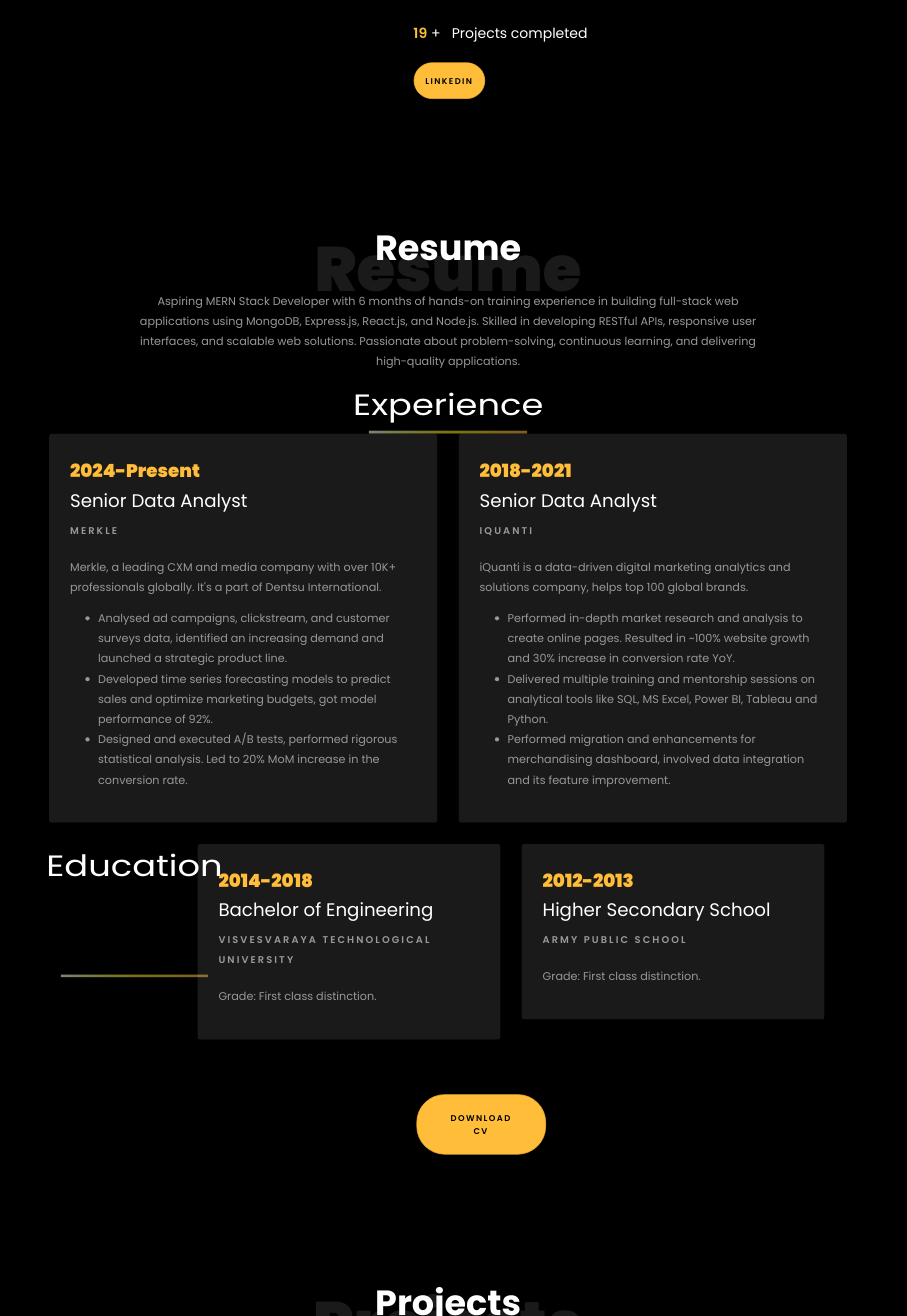
Repository: Rahul70079/Rahul-Kumar-Portfolio
Page: Portfolio/index.html
These files come from the project's save history. The page is drawn as it stood at one moment and after the next save; the edit follows.
The browser window is 1280 px wide. The page is 1295 px wide, so the pictures cover 1295 px, including what lies to the right of the window. The pictures show the part of the page from y = 1515 to 3395 px (the page is 6256 px tall), at 70% of full size.

Above is the page before, as saved 2026-06-12 12:49:53.
Console error (its wording comes from the project's code and is left out).

After the next save:
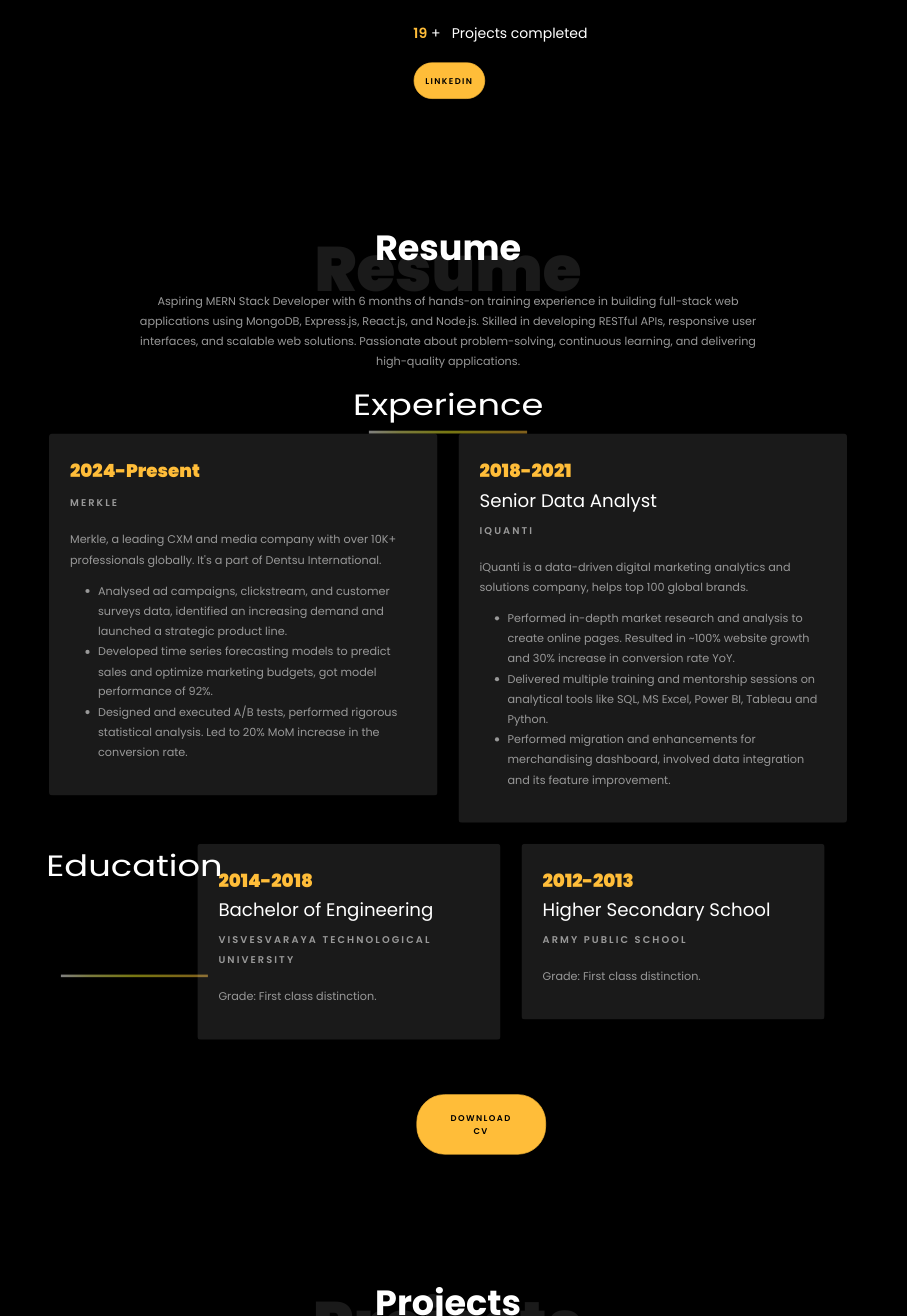
Saved 11 s later.
--- a/Portfolio/index.html
+++ b/Portfolio/index.html
@@ -323,7 +323,7 @@
 				<div class="col-md-6">
 					<div class="resume-wrap ftco-animate">
 						<span class="date">2024-Present</span>
-						<h2>Senior Data Analyst</h2>
+						<h2></h2>
 						<span class="position">Merkle</span>
 						<p class="mt-4">Merkle, a leading CXM and media company with over 10K+ professionals globally. It's a part of Dentsu International.
 							<ul>
